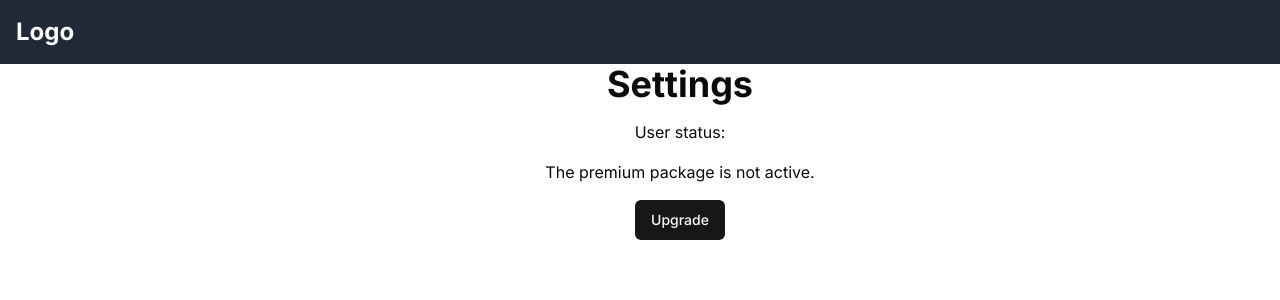
Repository: michalmilek/AI-companion-bot
Page: /settings
The author's editor kept a copy of each file at every save. The page is drawn from the files as they stood at one save, then again after the next save.
The browser window is 1280 px wide. The pictures show the whole page.
The page's requests for data from a server got no answer. The project was rebuilt for these pictures with package versions that can differ from the ones it lists, and the page was loaded fresh each time. Some packages were replaced by stand-ins written for this rebuild. The framework's server and built-in components were replaced by stand-ins that run in the browser. No one was signed in, and anything a server would have sent is missing. Also part of the build but not shown: next.config.js. Imported but missing from the stored project, and not drawn on this page: lib/prismadb.

Above is the page before, as saved 2023-10-10 13:54:18.

After the next save:
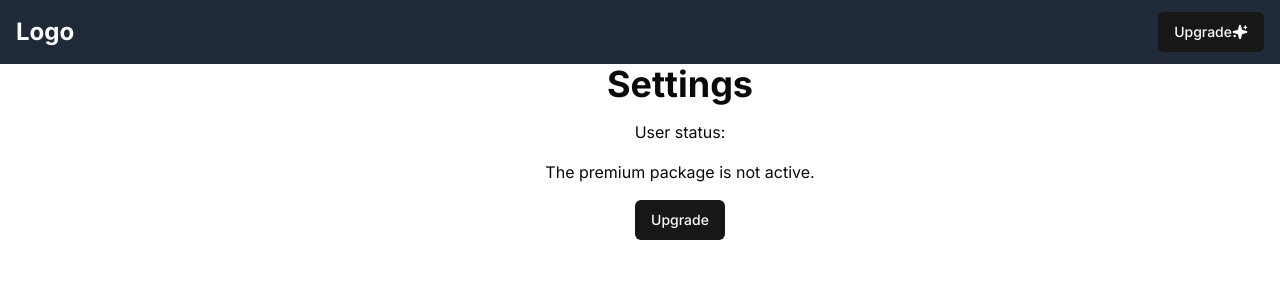
Saved 8 min 14 s later.
--- a/components/Navbar.tsx
+++ b/components/Navbar.tsx
@@ -2,6 +2,8 @@
 
 import React, { useEffect, useState } from "react";
 import { UserButton } from "@clerk/nextjs";
+import { Button } from "./ui/button";
+import { Sparkles } from "lucide-react";
 
 const Navbar = () => {
   return (
@@ -11,7 +13,14 @@ const Navbar = () => {
         className="text-2xl font-bold">
         Logo
       </a>
-      <UserButton />
+      <div className="flex items-center gap-3">
+        <Button>
+          Upgrade
+          <Sparkles className="text-white fill-white h-4 w-4" />
+        </Button>
+
+        <UserButton />
+      </div>
     </nav>
   );
 };
